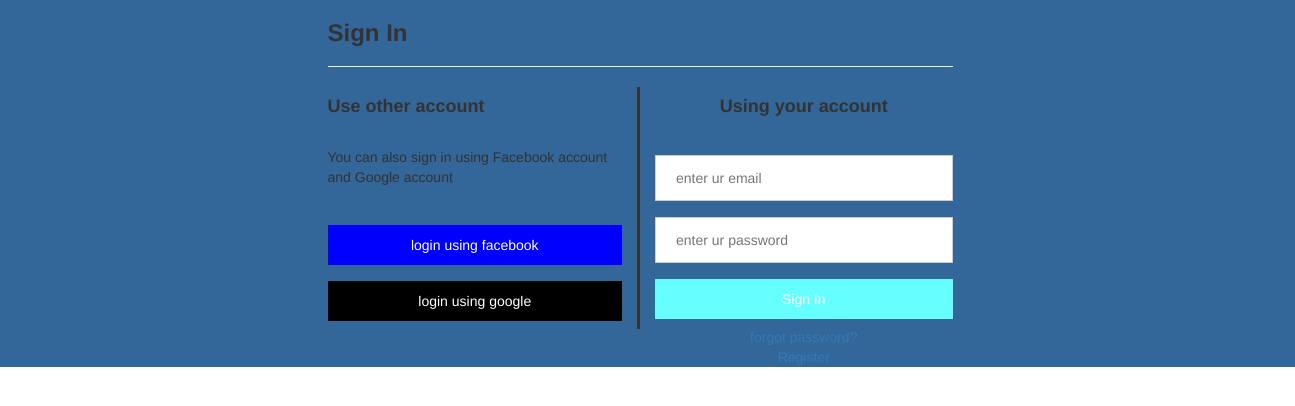
Repository: sujay-a-v/FunctionalPrograms
Page: http://localhost/CollegeApp/Signin.jsp
These files come from the project's save history. The page is drawn as it stood at one moment and after the next save; the edit follows.
The browser window is 1280 px wide. The page is 1295 px wide, so the pictures cover 1295 px, including what lies to the right of the window. The pictures show the whole page.
Some web libraries are served in a nearby version. The page is served by Tomcat 9. Other server files are loaded and not shown.

Above is the page before, as saved 2017-10-29 05:38:35.
Console error: ReferenceError: $ is not defined

### Sujay/Servlet/CollegeApp/WebContent/Signin.jsp
<%@ page language="java" contentType="text/html; charset=UTF-8"
    pageEncoding="UTF-8"%>
<!DOCTYPE html PUBLIC "-//W3C//DTD HTML 4.01 Transitional//EN" "http://www.w3.org/TR/html4/loose.dtd">
<html>

<head>
<meta http-equiv="Content-Type" content="text/html; charset=UTF-8">
<title>LogIn page</title>
 <script type="text/javascript" src="javaScript/forgetpassword.js"></script>
<link href="cssFolder/login.css" rel="stylesheet" type="text/css">

<link rel="stylesheet" href="https://maxcdn.bootstrapcdn.com/bootstrap/3.3.7/css/bootstrap.min.css">
  <script src="https://ajax.googleapis.com/ajax/libs/jquery/3.2.1/jquery.min.js"></script>
  <script src="https://maxcdn.bootstrapcdn.com/bootstrap/3.3.7/js/bootstrap.min.js"></script>

</head>

<body >

<%
response.setHeader("Cache-Control", "no-cache");
response.setHeader("Cache-Control", "no-store");
response.setHeader("Pragma", "no-cache");
response.setDateHeader("Expires", 0);
String error = (String) session.getAttribute("error");

if(error!=null || error!="")
{
	error=null;
%>

	<!-- <p>Email or Password wrong</p>  -->

	<!-- <script >
	alert("Email or Password wrong");
	</script> -->
<%}

 %>

<!-- <div class="container"> -->
	<!-- <form name="loginpage" action="Verify" method="post"> -->
		<div align="center" >


				<div class="row" style="background-color: #336699">
					<div class="col-sm-3"></div>
					<div class="col-sm-6">
						<h3 align="left"><b>Sign In</b></h3>
						<hr >

						<div class="row">
							<div class="col-sm-6 vert">
								<h4 align="left"><b>Use other account</b></h4>
								<br>
								<p align="left" style="font-size:10">You can also sign in using Facebook account and Google
									account</p>
								<br>

								<button type="button" class="fbbutton" onclick="#">login using facebook</button>
								<br>

								<button type="button" class="gbutton">login using google</button>
								<br>

							</div>

							<div class="col-sm-6">

								<form name="loginpage" action="Verify" method="post">

								<h4 align="center"><b>Using your account</b></h4>
								<br> <input type="text" name="email"
									placeholder="enter ur email"> <br> <input
									type="password" name="Password" placeholder="enter ur password">
								<br> <input type="submit" value="Sign In"> <br>
								<!-- <a href="#" align="left">forgot password?</a><br> -->
								<a data-toggle="modal" data-target="#myModal" style="align:'left'">forgot password?    </a><br>
								<a href="Register.jsp">Register</a>

								</form>

							</div>


						</div>


					</div>
					<div class="col-sm-3"></div>
				</div>
			</div>
		</div>

	<!-- </div> -->


	<div class="modal fade" id="myModal" role="dialog">
    <div class="modal-dialog">

      <!-- Modal content-->
      <div class="modal-content">
        <div class="modal-header">
          <button type="button" class="close" data-dismiss="modal">&times;</button>
          <h4 class="modal-title">Forget Password</h4>
        </div>
        <!-- <form action="ForgetPW" method="post"> -->
        <div class="modal-body">
          <p>Enter your email</P>
          <input type="text" name="email" id="email">
        </div>
        <div class="modal-footer">

          <button type="button" class="btn btn-default" data-dismiss="modal">Close</button>
          <button type="submit" class="btn btn-default" onclick="forget()" >submit</button>

        </div>
       <!--  </form> -->
      </div>

    </div>
  </div>

  <!-- Modal -->
  <div class="modal fade" id="myModal1" role="dialog">
    <div class="modal-dialog">

      <!-- Modal content-->
      <div class="modal-content">

        <div class="modal-body">
          <p>your password .</p>

          <p ></p>
        </div>
        <div class="modal-footer">
          <button type="button" class="btn btn-default" data-dismiss="modal">Close</button>
        </div>
      </div>

    </div>
  </div>

</body>
</html>

### Sujay/Servlet/CollegeApp/WebContent/javaScript/forgetpassword.js
$('document').ready(function() {
	});

	function forget(){
		$.ajax({
			url : 'ForgetPW',
			type : 'post',
			data : {
				email : $("#email").val(),
			},
			success : function(data) {

				/*$('#password').val(data),*/
				$('#myModal').modal('hide');
				/*$('#myModal1').html(data).modal('show');*/
				alert("Your password is \n \n"+data);

			}

		});
	}

### Sujay/Servlet/CollegeApp/WebContent/cssFolder/login.css
@CHARSET "UTF-8";

hr{
background: black;
}

body{
	width: 100%;
}

input[type=text], input[type=password] {
    width: 100%;
    padding: 12px 20px;
    margin: 8px 0;
    display: inline-block;
    border: 1px solid #ccc;
    box-sizing: border-box;
}

input[type=submit] {
    background-color: #66ffff;
    color: white;
    padding: 10px 20px;
    margin: 8px 0;
    border: 1px;
    cursor: pointer;
    width: 100%;
}

.container{

}

.fbbutton {
	background-color:#0000ff;
	color: white;
	padding: 10px 20px;
	margin: 8px 0;
	border: 2px;
	cursor: pointer;
	width: 100%;
}

.gbutton {
	background-color:black;
	color: white;
	padding: 10px 20px;
	margin: 8px 0;
	border: 2px;
	cursor: pointer;
	width: 100%;
}

.vert{
border-right:  solid ;


}

After the next save:
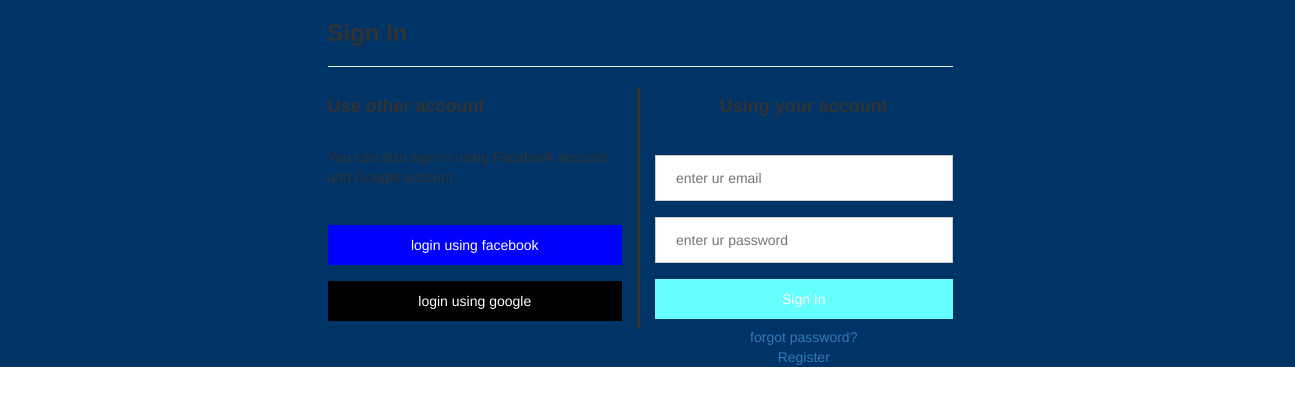
Saved 50 s later.
--- a/Sujay/Servlet/CollegeApp/WebContent/Signin.jsp
+++ b/Sujay/Servlet/CollegeApp/WebContent/Signin.jsp
@@ -43,7 +43,7 @@ if(error!=null || error!="")
 		<div align="center" >
 
 
-				<div class="row" style="background-color: #336699">
+				<div class="row" style="background-color: #003366">
 					<div class="col-sm-3"></div>
 					<div class="col-sm-6">
 						<h3 align="left"><b>Sign In</b></h3>
